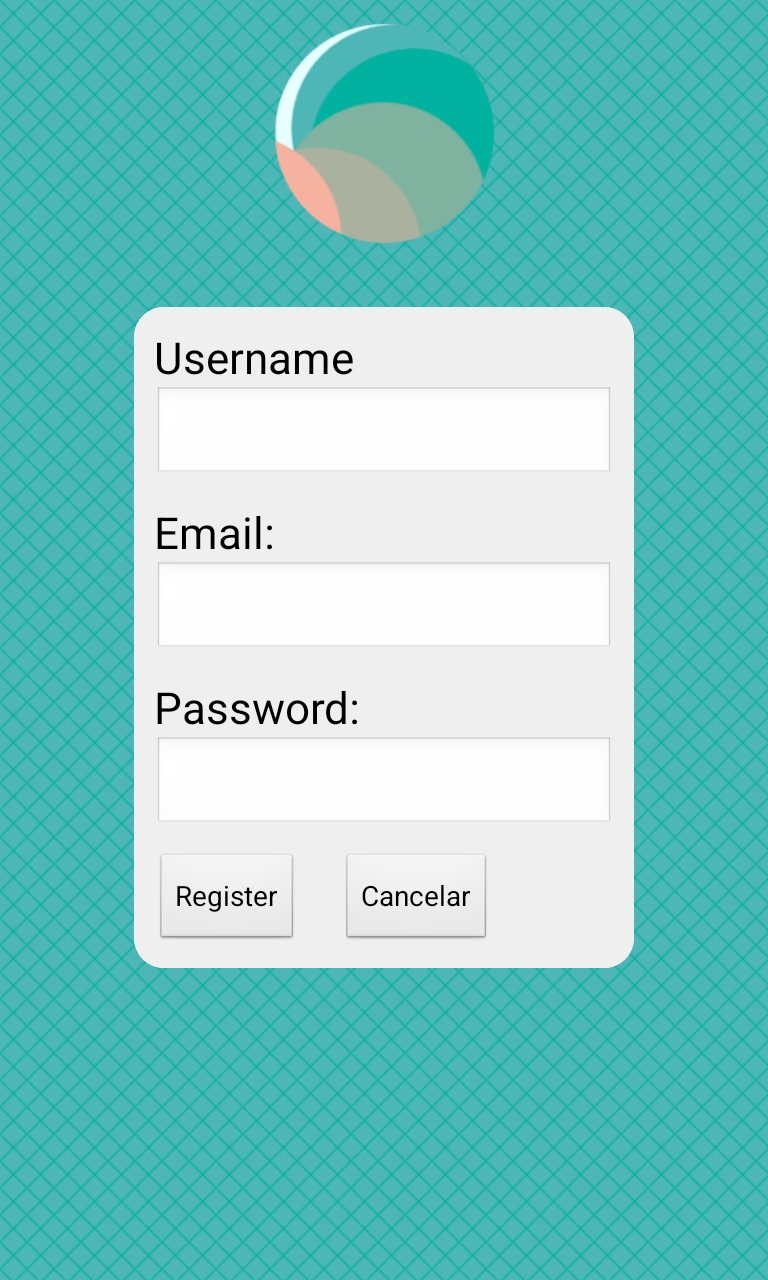
Repository: ppamorim/Coderock-X
Layout: workspace-Android/teste1/res/layout/activity_register.xml
The author's editor kept a copy of each file at every save. The layout is drawn from the files as they stood at one save, then again after the next save.
It is drawn on a 768 x 1280 px phone screen (xhdpi) without system bars, with theme android:Theme.NoTitleBar; the app's code is not run.

Above is the layout before, as saved 2014-01-05 23:12:56.

### workspace-Android/teste1/res/layout/activity_register.xml
<?xml version="1.0" encoding="utf-8"?>
<LinearLayout xmlns:android="http://schemas.android.com/apk/res/android"
    android:layout_width="match_parent"
    android:layout_height="match_parent"
    android:background="@drawable/background"
    android:orientation="vertical" >

    <ImageView
    android:layout_width="fill_parent"
    android:layout_height="wrap_content"
    android:contentDescription="@string/app_name"
    android:scaleType="centerInside"
    android:src="@drawable/splash" />

    <FrameLayout
        android:layout_width="250dp"
        android:layout_height="wrap_content"
        android:layout_gravity="center"
        android:layout_marginTop="20dp">

        <LinearLayout
            android:layout_width="match_parent"
            android:layout_height="match_parent"
            android:background="@layout/rounded"
            android:orientation="vertical" >

        	<LinearLayout
            android:layout_width="match_parent"
            android:layout_height="match_parent"
            android:background="@layout/rounded"
            android:orientation="vertical" >

        	    <TextView
                android:id="@+id/TextUsername"
                android:layout_width="wrap_content"
                android:layout_height="wrap_content"
                android:text="@string/username"
                android:textColor="#000"
                android:layout_marginTop="10dp"
                android:layout_marginLeft="10dp"
            	android:layout_marginRight="10dp"
                android:textAppearance="?android:attr/textAppearanceLarge" />

            	<EditText
            	android:id="@+id/Username"
            	android:layout_width="match_parent"
            	android:layout_height="wrap_content"
            	android:layout_marginLeft="10dp"
            	android:layout_marginRight="10dp"
            	android:hint=""
            	android:ems="10" />

            	<TextView
                android:id="@+id/TextEmail"
                android:layout_width="wrap_content"
                android:layout_height="wrap_content"
                android:text="@string/Email"
                android:textColor="#000"
                android:layout_marginTop="10dp"
                android:layout_marginLeft="10dp"
            	android:layout_marginRight="10dp"
                android:textAppearance="?android:attr/textAppearanceLarge" />

            	<EditText
            	android:id="@+id/Ema"
            	android:layout_width="match_parent"
            	android:layout_height="wrap_content"
            	android:layout_marginLeft="10dp"
            	android:layout_marginRight="10dp"
            	android:hint=""
            	android:ems="10" />

            	<TextView
                android:id="@+id/textView2"
                android:layout_width="wrap_content"
                android:layout_height="wrap_content"
                android:text="@string/Password"
                android:textColor="#000"
                android:layout_marginTop="10dp"
                android:layout_marginLeft="10dp"
            	android:layout_marginRight="10dp"
                android:textAppearance="?android:attr/textAppearanceLarge" />

        		<EditText
            	android:id="@+id/Senha"
            	android:layout_width="match_parent"
            	android:layout_height="wrap_content"
            	android:layout_marginBottom="10dp"
            	android:layout_marginLeft="10dp"
            	android:layout_marginRight="10dp"
            	android:hint=""
            	android:ems="10" >
        		</EditText>

        		<LinearLayout
        		android:layout_width="match_parent"
            	android:layout_height="match_parent"
            	android:orientation="horizontal" >

        		<Button
            	android:id="@+id/Register"
            	android:layout_width="wrap_content"
            	android:layout_height="fill_parent"
            	android:layout_marginBottom="10dp"
            	android:layout_marginLeft="10dp"
            	android:layout_marginRight="10dp"
            	android:text="@string/register" />

        		<Button
            	android:id="@+id/Cancelar"
            	android:layout_width="wrap_content"
            	android:layout_height="fill_parent"
            	android:layout_marginBottom="10dp"
            	android:layout_marginLeft="10dp"
            	android:layout_marginRight="10dp"
            	android:text="@string/cancel" />

        		</LinearLayout>
        	</LinearLayout>
        </LinearLayout>
    </FrameLayout>
</LinearLayout>

### workspace-Android/teste1/res/drawable-hdpi/background.xml
<?xml version="1.0" encoding="utf-8"?>
<bitmap xmlns:android="http://schemas.android.com/apk/res/android"
  android:src="@drawable/bg"
  android:tileMode="repeat" />

### workspace-Android/teste1/res/values/strings.xml
<?xml version="1.0" encoding="utf-8"?>
<resources>

    <string name="app_name">Feel</string>
    <string name="action_settings">Settings</string>
    <string name="hello_world">Hello world!</string>
    <string name="Email">Email:</string>
    <string name="Password">Password:</string>
    <string name="Resultado">Resultado:</string>
    <string name="BotaoSomar">Somar</string>
    <string name="BotaoSub">Subtrair</string>
    <string name="BotaoMulti">Multiplicar</string>
    <string name="BotaoDividir">Dividir</string>
    <string name="ok">OK</string>
    <string name="username">Username</string>
    <string name="register">Register</string>
    <string name="cancel">Cancelar</string>

</resources>

### workspace-Android/teste1/res/layout/rounded.xml
<?xml version="1.0" encoding="utf-8"?>
<layer-list xmlns:android="http://schemas.android.com/apk/res/android">
    <item>
        <shape android:shape="rectangle" >
            <corners android:radius="15dip" />
            <solid android:color="#efefef" />
            <stroke android:width="0dp" android:color="#bebfc1"/>
        </shape>
    </item>
</layer-list>

After the next save:
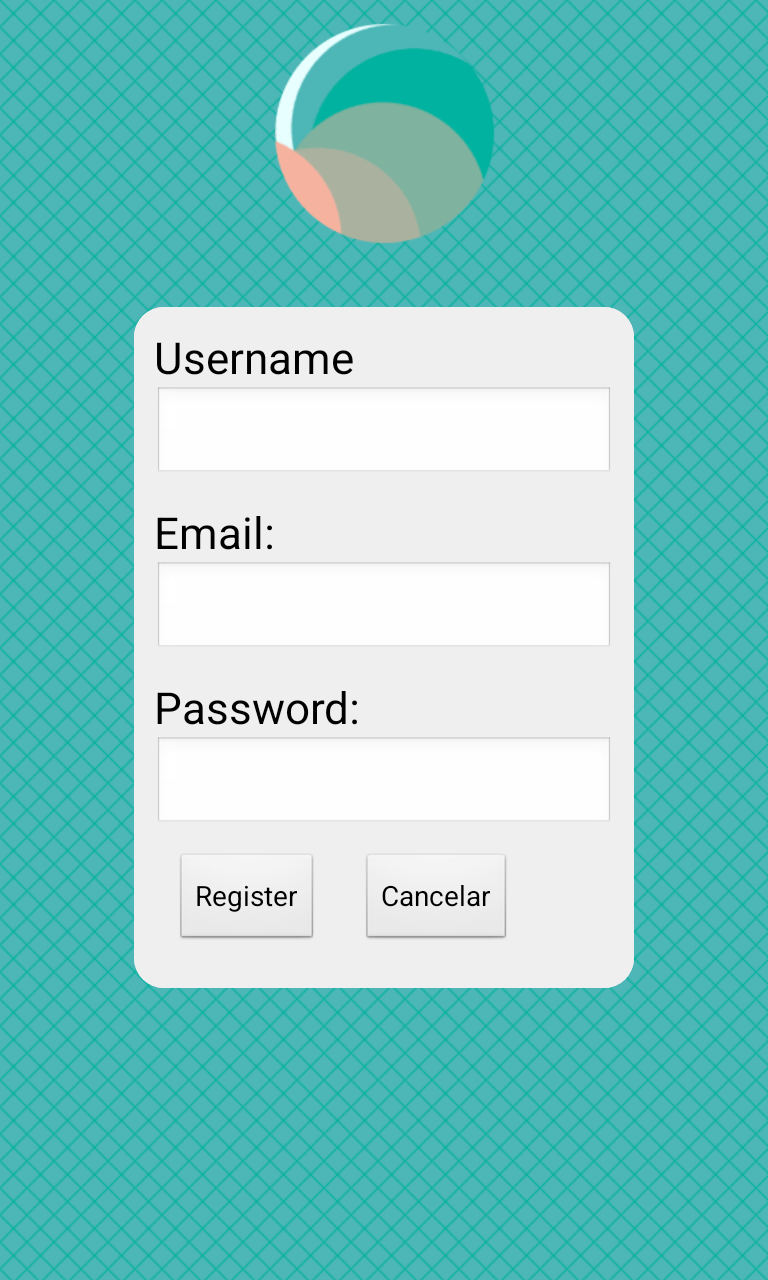
Saved 16 s later.
--- a/workspace-Android/teste1/res/layout/activity_register.xml
+++ b/workspace-Android/teste1/res/layout/activity_register.xml
@@ -95,7 +95,10 @@
         		<LinearLayout
         		android:layout_width="match_parent"
             	android:layout_height="match_parent"
-            	android:orientation="horizontal" >
+            	android:orientation="horizontal"
+            	android:layout_marginBottom="10dp"
+            	android:layout_marginLeft="10dp"
+            	android:layout_marginRight="10dp" >
 
         		<Button
             	android:id="@+id/Register"
